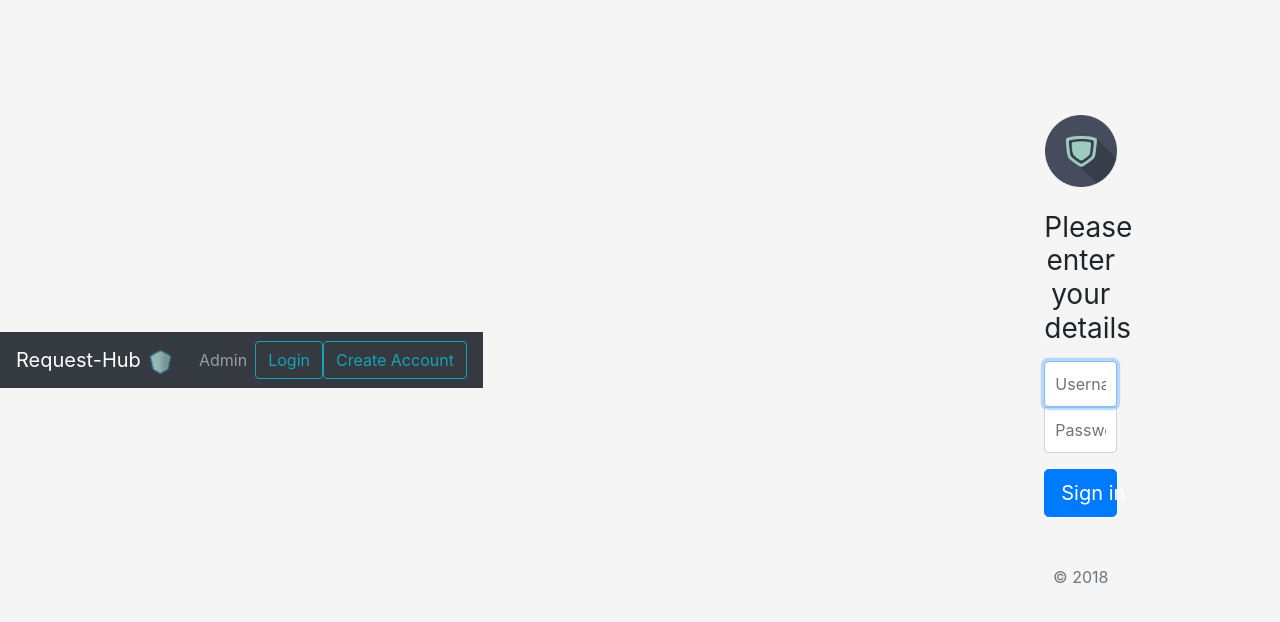
Repository: DonWhelan/Request-Hub
Page: http://localhost/userLogin.php
The author's editor kept a record of every edit. The page is drawn from the files as they stood at one moment, then again after the next edit.
The browser window is 1280 px wide. The pictures show the whole page.
The page is run by PHP 8.4 with error messages shown; the project is at /var/www/html/.

Above is the page before.

After the next edit:
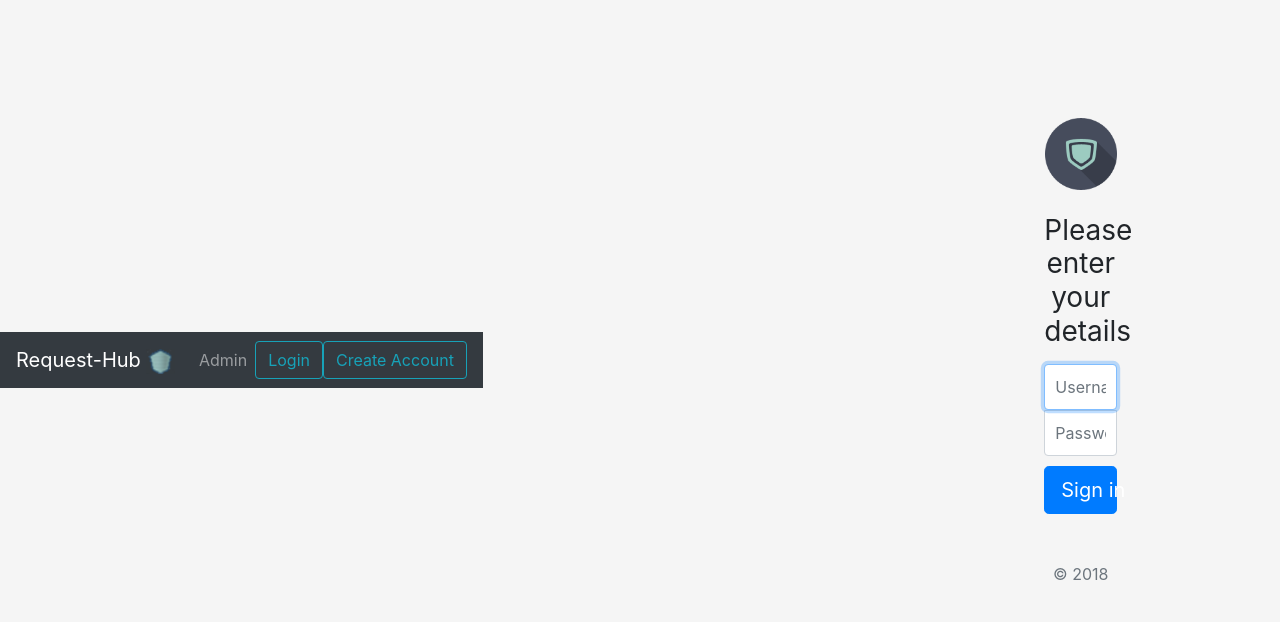
The edit:
--- a/userLogin.php
+++ b/userLogin.php
@@ -39,8 +39,6 @@
                     <input type="text" class="form-control" name="username" placeholder="Username" required="" autofocus="" />
                     <label for="inputPassword" class="sr-only">Password</label>
                     <input type="password" class="form-control" name="password" placeholder="Password" required="" />
-                    <div class="checkbox mb-3">
-                    </div>
                     <button class="btn btn-lg btn-primary btn-block" type="submit" value="Login">Sign in</button>
                     <p class="mt-5 mb-3 text-muted">&copy; 2018</p>
                 </form>
